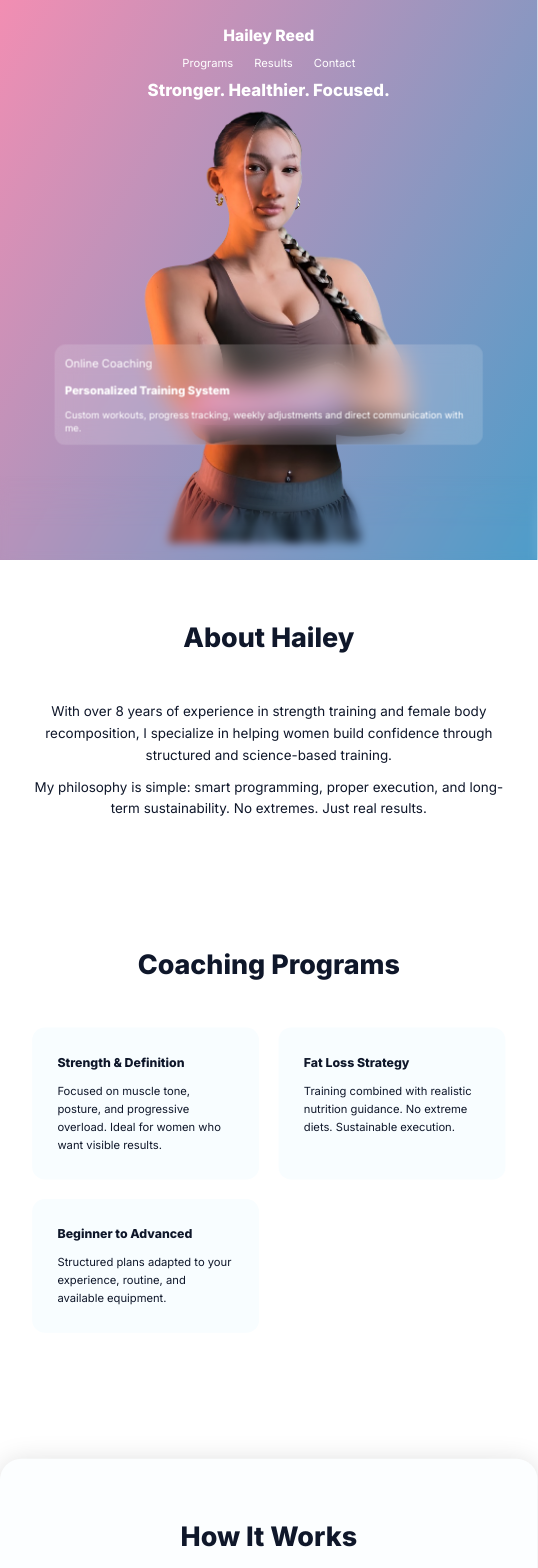
Repository: davidfsillva/Hailey-Reed-Coaching
Page: index.html
The author's editor kept a copy of each file at every save. The page is drawn from the files as they stood at one save, then again after the next save.
The browser window is 768 px wide. The pictures show the part of the page from y = 0 to 2240 px (the page is 5196 px tall), at 70% of full size.

Above is the page before, as saved 2026-02-12 14:34:18.

After the next save:
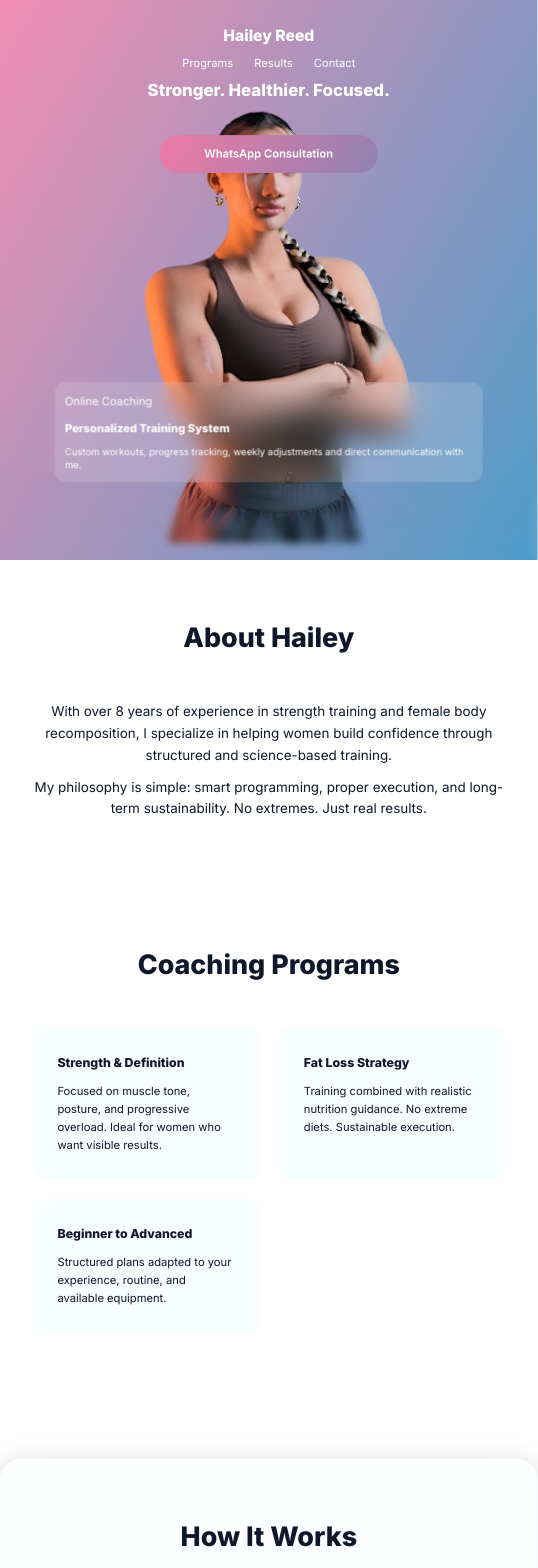
Saved 10 s later.
--- a/style.css
+++ b/style.css
@@ -433,10 +433,11 @@ body {
   }
 
   .whatsapp-btn {
-    margin-top: 360px;
-    position: absolute;       /* permite mover livremente */
-    transform: translateX(-50%); /* centraliza exatamente */
-    z-index: 6;               /* acima de imagens e cards */
+    position: relative; /* não absoluto */
+    margin-top: 0;      /* remove margem fixa */
+    transform: none;
+    width: 90%;         /* opcional, para ocupar quase toda a tela */
+    max-width: 320px;
   }
 }
 
